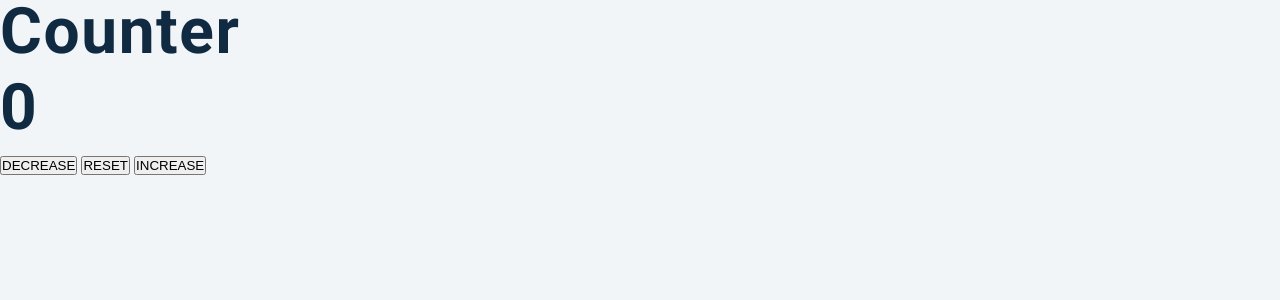
Repository: hseunghwan/practice-vanilla-javascript
Page: Counter/Counter.html
An editor plug-in stored every save of this project. The page is shown before and after the next save, followed by the edit.
The browser window is 1280 px wide. The pictures show the whole page.

Above is the page before, as saved 2023-05-09 20:54:05.

After the next save:
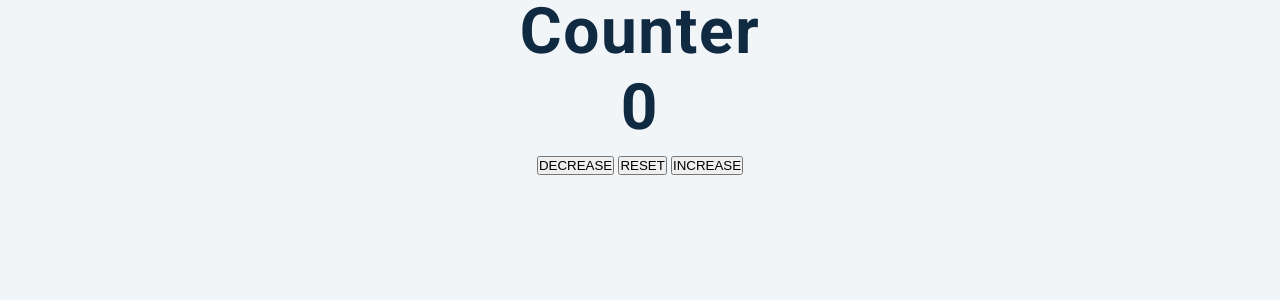
Saved 8 s later.
--- a/Counter/Counter.html
+++ b/Counter/Counter.html
@@ -7,7 +7,7 @@
         <script src="app.js"></script>
     </head>
     <body>
-        <div>
+        <div class="container">
             <h1>Counter</h1>
             <h1 id="counter">0</h1>
             <div class="bottonbox">
